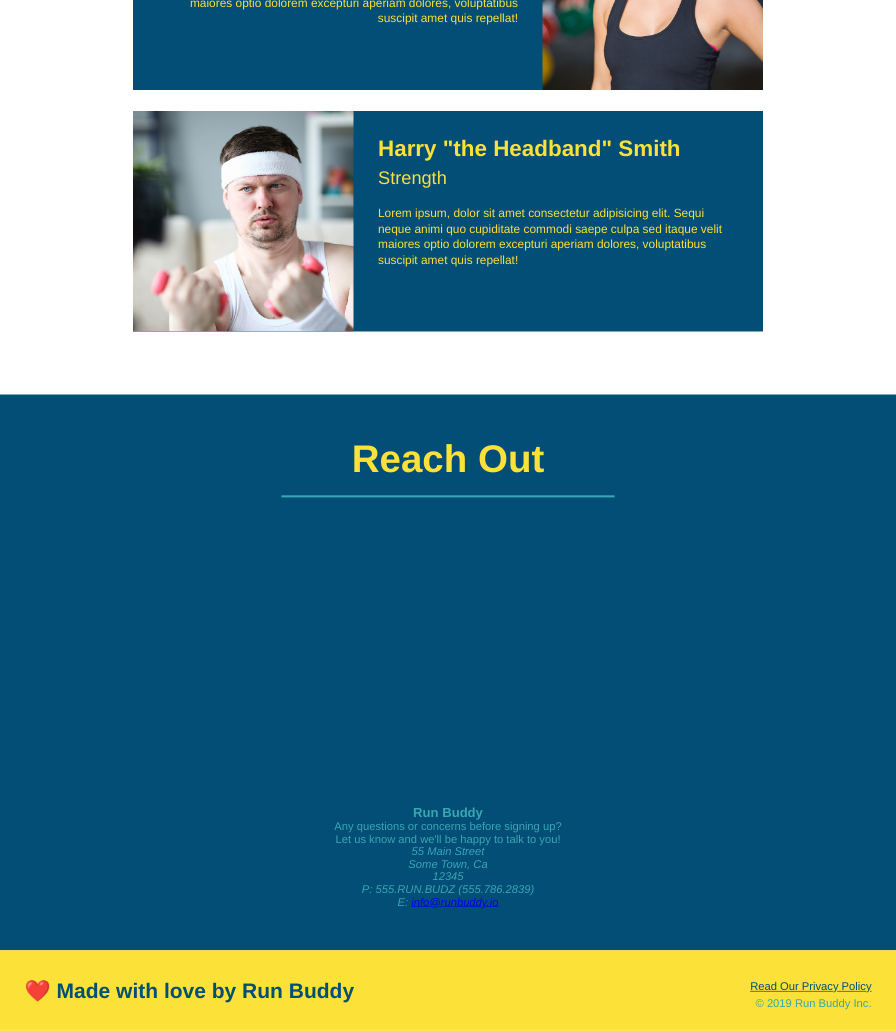
Repository: symlara/run-buddy
Page: index.html
An editor plug-in stored every save of this project. The page is shown before and after a run of saves, followed by the edit.
The browser window is 1280 px wide. The pictures show the part of the page from y = 2971 to 4891 px (the page is 4444 px tall before and 4891 px after), at 70% of full size.
Pictures or frames that could not be fetched are drawn as grey boxes.

Above is the page before, as saved 2020-12-10 21:03:46.

### index.html
<!DOCTYPE html>
<html lang="en">
    <head>
        <link rel="stylesheet" href="./assets/css/style.css" />
        <meta charset="UTF-8"/>
        <title>Run Buddy</title>
    </head>
    <body>
        <!-- navigation -->
        <header>
        <a href="/"><h1>RUN BUDDY</h1></a>
        <nav>
            <!-- Unordered list element -->
            <ul>
                <!-- List item element -->
                <li>
                    <!-- Anchor Element -->
                    <a href="#what-we-do">What We Do</a>
                </li>
                <li>
                    <a href="#what-you-do">What You Do</a>
                </li>
                <li>
                    <a href="#your-trainers">Your Trainers</a>
                </li>
                <li>
                    <a href="#reach-out">Reach Out</a>
                </li>
            </ul>
        </nav>
        </header>

        <!-- hero section -->
        <section class="hero">
        <div class="hero-form">
            <h3>Get Started Today</h3>
            <p>Fill out this form and one of our trainers will schedule a consult</p>
            <!-- Add form elements -->
            <form>
                <label for="name">Enter full name:</label>
                <input type="text" placeholder="Your Name" name="name" id="name" class="form-input" />
                <label for="email">Enter Email Address:</label>
                <input type="email" placeholder="Email Address" name="email" id="email" class="form-input" />
                <label for="phone">Enter a telephone number</label>
                <input type="tel" placeholder="Phone Number" name="phone" id="phone" class="form-input" />
                <p>
                    Have you worked out with a trainer before?
                    <input type="radio" name="trainer-confirm" id="trainer-yes" />
                    <label for="trainer-yes">Yes</label>
                    <input type="radio" name="trainer-confirm" id="trainer-no" />
                    <label for="trainer-no">No</label>
                </p>
                <p>
                    <label for="checkbox">
                    I acknowledge that I am at least 18 years of age.
                    </label>
                    <input type="checkbox" name="age-confirm" id="checkbox" />
                </p>
                <button type="submit">
                    Get running!
                </button>
            </form>
        </div>
    </section>
    <!-- end hero -->

        <!-- hero/jumbotron -->
        <section></section>

        <!-- "what we do" section -->
        <section id="what-we-do" class="intro">
            <h2 class="section-title primary-border">What We Do</h2>
            <p>
                butcher selfies chambray shabby chic gentrify readymade yr Echo Park XOXO Tumblr normcore Banksy direct trade Blue Bottle chillwave you probably haven't heard of them single-origin coffee Vice fanny pack fixie Odd Future Austin fingerstache pickled twee synth Wes Anderson Thundercats viral bitters flannel meggings narwhal Marfa Schlitz sustainable Intelligentsia umami deep v craft
            </p>
        </section>

        <!-- "what you do" section -->
        <section id="what-you-do" class="steps">
            <h2 class="section-title secondary-border">What You Do</h2>

            <div>
                <!-- insert this img element -->
                <img src="./assets/images/step-1.svg" alt="" />
                <h3>Step 1: <span>Fill Out the Form Above.</span></h3>
                <p>You're already here, so why not?</p>
            </div>

            <div>
                <!-- insert this img element -->
                <img src="./assets/images/step-2.svg" alt="" />
                <h3>Step 2: <span>Consult with One of Our Trainers.</span></h3>
                <p>Are you here to build muscle, lose weight, or just feel good?</p>
            </div>

            <div>
                <!-- insert this img element -->
                <img src="./assets/images/step-3.svg" alt="" />
                <h3>Step 3: <span>Get Running</span></h3>
                <p>Hit the ground running (literally) once your trainer lays out your plan</p>
            </div>

            <div>
                <!-- insert this img element -->
                <img src="./assets/images/step-4.svg" alt="" />
                <h3>Step 4: <span>See Results</span></h3>
                <p>Bi-Weekly checkins with your trainer will keep you focused</p>
            </div>
        </section>

        <!-- "meet the trainers" section -->
        <section id="your-trainers" class="trainers">
            <h2 class="section-title primary-border">Meet The Trainers

            </h2>

            <!-- first trainer bio -->
            <article class="trainer">
                <img src="./assets/images/trainer-1.jpg" alt="Arron Stephens in his workout clothes, ready to pump iron" />
                <div class="trainer-bio text-left">
                    <h3>Arron Stephens</h3>
                    <h4>Speed / Strength</h4>
                    <p>
                        Lorem ipsum, dolor sit amet consectetur adipisicing elit. Sequi neque animi quo cupiditate commodi saepe culpa sed
                        itaque velit maiores optio dolorem excepturi aperiam dolores, voluptatibus suscipit amet quis repellat!
                    </p>
                </div>
            </article>
            <!-- first trainer end -->

            <!--second trainer bio -->
            <article class="trainer">
                <div class="trainer-bio text-right">
                    <h3>Joanna Gill</h3>
                    <h4>Endurance</h4>
                    <p>
                        Lorem ipsum, dolor sit amet consectetur adipisicing elit. Sequi neque animi quo cupiditate commodi saepe culpa sed
                        itaque velit maiores optio dolorem excepturi aperiam dolores, voluptatibus suscipit amet quis repellat!
                    </p>
                </div>
                <img src="./assets/images/trainer-2.jpg" alt="Joanna Gill cooling off after a workout" />
            </article>
            <!-- second trainer end-->

            <!-- third trainer bio -->
            <article class="trainer">
                <img src="./assets/images/trainer-3.jpg" alt="Harry Smith wearing a headband and lifting comically small pink weights" />
                <div class="trainer-bio text-left">
                    <h3>Harry "the Headband" Smith</h3>
                    <h4>Strength</h4>
                    <p>
                        Lorem ipsum, dolor sit amet consectetur adipisicing elit. Sequi neque animi quo cupiditate commodi saepe culpa sed
                        itaque velit maiores optio dolorem excepturi aperiam dolores, voluptatibus suscipit amet quis repellat!
                    </p>
                </div>
            </article>
            <!-- third trainer end -->
        </section>

        <!-- "reach out" section -->
        <section id="reach-out" class="contact">
            <h2 class="section-title secondary-border">Reach Out</h2>
            <div class="contact-info">
                <iframe
                src="https://www.google.com/maps/embed?pb=!1m14!1m12!1m3!1d12182.30520634488!2d-74.0652613!3d40.2407219!2m3!1f0!2f0!3f0!3m2!1i1024!2i768!4f13.1!5e0!3m2!1sen!2sus!4v1561060983193!5m2!1sen!2sus"
                frameborder="0"
                width="400"
                height="400"
                style="border:0"
                allowfullscreen
                >
                </iframe>
            </div>

            <div>
                <h3>Run Buddy</h3>
                <p>
                  Any questions or concerns before signing up?
                  <br />
                  Let us know and we'll be happy to talk to you!
                </p>
                <address>
                  55 Main Street <br/>
                  Some Town, Ca <br/>
                  12345<br />
                  P: 555.RUN.BUDZ (555.786.2839)<br/>
                  E: <a href="mailto:info@runbuddy.io">info@runbuddy.io</a>
                </address>
              </div>
        </section>

        <!-- footer -->
        <footer>
            <h2>❤️ Made with love by Run Buddy</h2>
            <div>
                <a href="#">Read Our Privacy Policy</a><br />
                &copy; 2019 Run Buddy Inc.
            </div>
        </footer>
    </body>

    </html>

### assets/css/style.css
* {
    margin: 0;
    padding: 0;
    box-sizing: border-box;
}


body {
    /* more on this crazy alphanumerical value in a minute */
    color: #39a6b2;
    font-family: Helvetica, Arial, sans-serif;
}

/* apply styles to header */
header {
    padding: 20px 35px;
    background-color: #39a6b2;
}

header h1 {
    font-weight: bold;
    font-size: 36px;
    color: #fce138;
    margin: 0;
    display: inline;
}

header a {
    text-decoration: none;
    color: #fce138;
}

header nav {
    float: right;
    margin: 7px 0;
}

header nav ul li {
    display: inline;
}

header nav ul li a {
    margin: 0 30px;
    font-weight: lighter;
    font-size: 22px;
}

footer {
    background: #fce138;
    width: 100%;
    padding: 40px 35px;
  }

footer h2 {
    display: inline;
    color: #024e76;
    font-size: 30px;
    margin: 0;
}

footer div {
    float: right;
    line-height: 1.5;
    text-align: right;
}

footer a {
    color: #024e76;
}

section {
    padding: 60px;
}

/* Hero Style Start */
.hero {
    background-image: url("../images/hero-bg.jpg");
    height: 600px;
    background-size: cover;
    background-position: center;
    position: relative;
}
/*The height property fixed at 600px gives an exact size of the section, which is important in this context to allow room for the sign-up form.*/


.hero-form {
    border: solid 3px #024e76;
    background-color: #fce138;
    padding: 20px;
    width: 500px;
    color: #024e76;
    position: absolute;
    bottom: 120px;
    right: 140px;
}

.hero-form h3 {
    font-size: 24px;
    margin: 0;
}

.hero-form p {
    margin: 5px 0 15px 0;
}

.form-input {
    border: 1px solid #024e76;
    display: block;
    padding: 7px 15px;
    font-size: 16px;
    color: #024e76;
    width: 100%;
    margin-bottom: 15px;
}

.hero-form label {
    margin: 0 5px;
}

.hero-form button {
    color: #fce138;
    background-color: #024e76;
    border: none;
    padding: 10px 20px;
    font-size: 16px;
}
/* Hero Style End */

/*What We Do Section */
.intro {
    text-align: center;
}

.intro p {
    line-height: 1.7;
    color: #39a6b2;
    width: 80%;
    font-size: 20px;
    margin: 0 auto;
}

/*What We Do End*/

.section-title {
    display: inline-block;
    font-size: 55px;
    color: #024e76;
    margin-bottom: 35px;
    padding: 0 100px 20px 100px;
    border-bottom: 3px solid;
}

.primary-border {
    border-color: #fce138;
}

.secondary-border {
    border-color: #39a6b2;
}

/* What You Do Section */
.steps {
    text-align: center;
    background: #fce138;
}

.steps div {
    margin-bottom: 80px;
}

.steps img {
    width: 15px;
    margin: 10px 0;
}

.steps h3 {
    color: #024e76;
    font-size: 46px;
    margin-top: 10px;
}

.steps p {
    color: #39a6b2;
    font-size: 23px;
}

.steps span {
    font-size: 38px;
}


/* What You Do End */

/* Your Trainers Section */
.trainers {
    text-align: center;
}

.trainer {
    width: 900px;
    margin: 0 auto 30px auto;
    background: #024e76;
    color: #fce138;
    overflow: auto;
}

.trainer img {
    width: 35%;
    float: left;
}

.trainer-bio {
    padding: 35px;
    float: left;
    width: 65%;
}

.text-left {
    text-align: left;
}

.text-right {
    text-align: right;
}

.trainer-bio h3 {
    font-size: 32px;
    margin-bottom: 8px;
}

.trainer-bio h4 {
    font-weight: lighter;
    font-size: 26px;
    margin-bottom: 25px;
}

.trainer-bio p {
    font-size: 17px;
    line-height: 1.3;
}
/* Your Trainers Section End */

/* Reach Out Info Section*/

.contact {
    text-align: center;
    background: #024e76;
}

.contact h2 {
    color: #fce138;
}

.contact-info iframe {
    width: 400px;
    height: 400px;
  }

  .contact-info div {
    width: 410px;
    display: inline-block;
    vertical-align: top;
    text-align: left;
    margin: 30px 0 0 60px;
    color: white;
  }

  .contact-info h3 {
      color: #fce138;
      font-size: 32px;
  }

  .contact-info p, .contact-info address {
      margin: 20px 0;
      line-height: 1.5;
      font-size: 20px;
      font-style: normal;
  }

  .contact-info a {
      color: #fce138;
  }

  /* Reach Out Info Section End*/

After the next 2 saves:
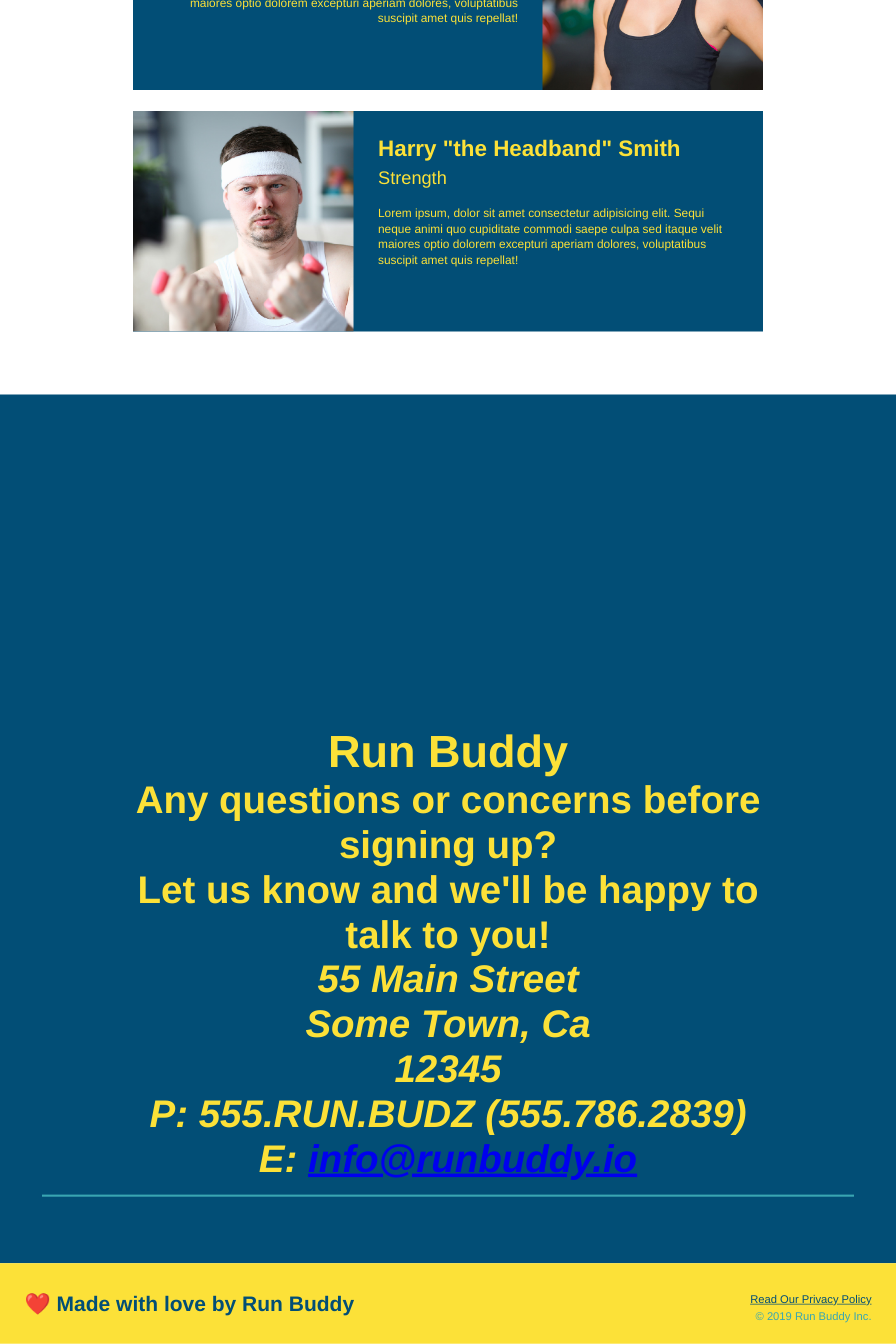
The 2 saves are shown as one change because they came seconds apart.
The last was saved 41 s later.
--- a/index.html
+++ b/index.html
@@ -159,7 +159,7 @@
 
         <!-- "reach out" section -->
         <section id="reach-out" class="contact">
-            <h2 class="section-title secondary-border">Reach Out</h2>
+            <h2 class="section-title secondary-border">
             <div class="contact-info">
                 <iframe
                 src="https://www.google.com/maps/embed?pb=!1m14!1m12!1m3!1d12182.30520634488!2d-74.0652613!3d40.2407219!2m3!1f0!2f0!3f0!3m2!1i1024!2i768!4f13.1!5e0!3m2!1sen!2sus!4v1561060983193!5m2!1sen!2sus"
